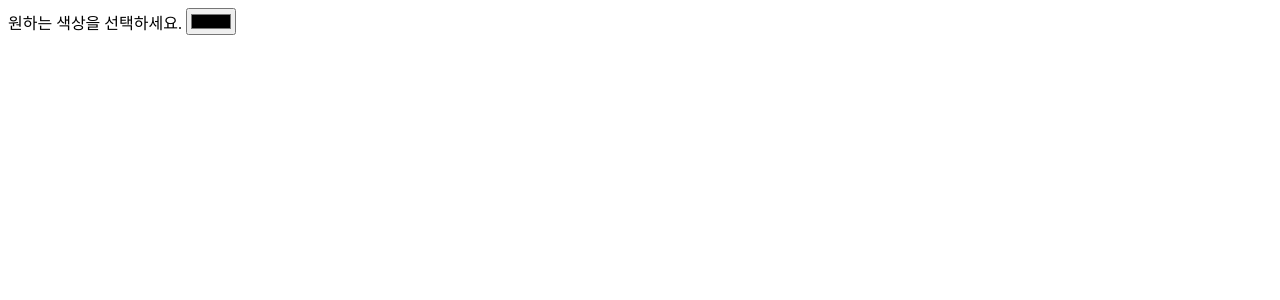
Repository: anhyunji494/JSP
Page: Servlet/src/main/webapp/WEB-INF/ex05Bgcolor.html
The author's editor kept a copy of each file at every save. The page is drawn from the files as they stood at one save, then again after the next save.
The browser window is 1280 px wide. The pictures show the whole page.

Above is the page before, as saved 2024-02-27 01:17:36.

After the next save:
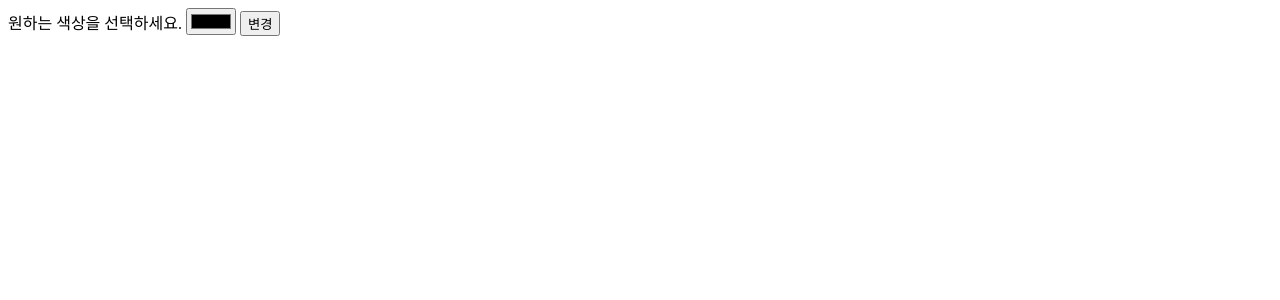
Saved 47 s later.
--- a/Servlet/src/main/webapp/WEB-INF/ex05Bgcolor.html
+++ b/Servlet/src/main/webapp/WEB-INF/ex05Bgcolor.html
@@ -7,7 +7,7 @@
 <body>
 	<form action = "Ex06BgColor">
 		원하는 색상을 선택하세요.
-		<input type = "color" name = "color'
+		<input type = "color" name = "color">
 		<input type = "submit" value = "변경">
 	</form>
 </body>
